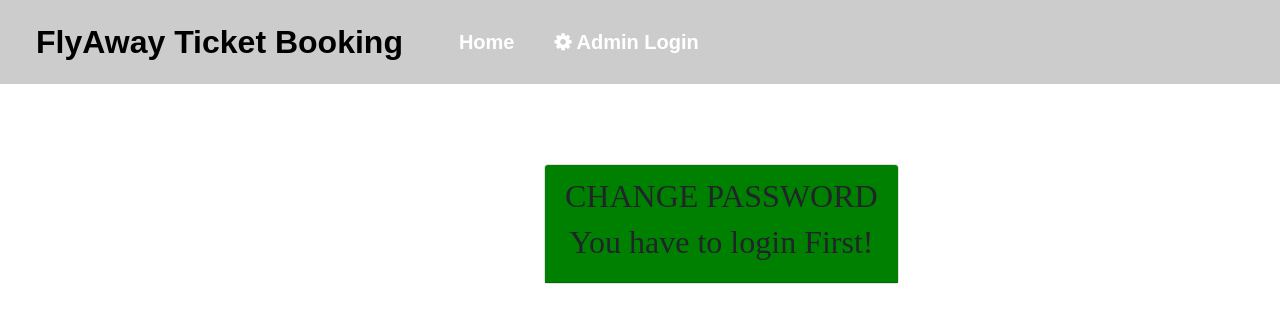
Repository: sayrabano/Phase2-project
Page: http://localhost/FlyAway/Changepassword.jsp
The author's editor kept a copy of each file at every save. The page is drawn from the files as they stood at one save, then again after the next save.
The browser window is 1280 px wide. The pictures show the whole page.
Some web fonts or font styles are not loaded; a fallback is used. The page is served by Tomcat 9.

Above is the page before, as saved 2021-09-25 20:33:48.

After the next save:
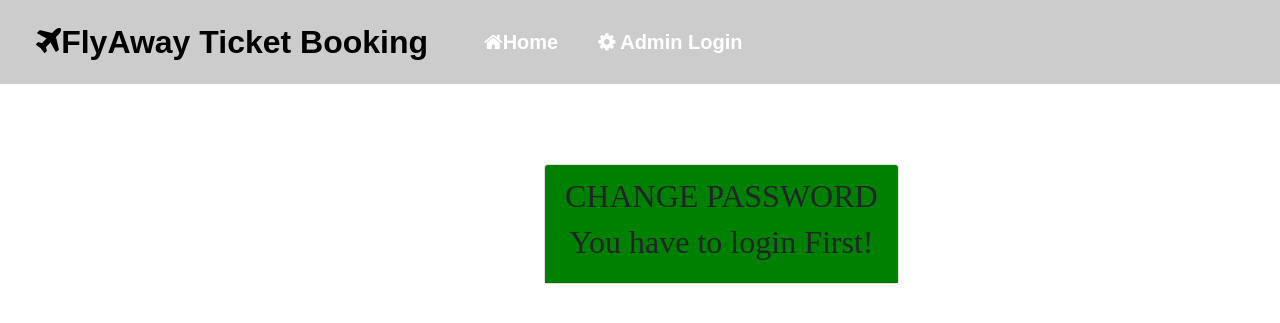
Saved 54 s later.
--- a/FlyAway/src/main/webapp/Changepassword.jsp
+++ b/FlyAway/src/main/webapp/Changepassword.jsp
@@ -81,33 +81,7 @@ font-family:'Ubuntu', sans-serif;
 </head>
 <body>
 
-	<nav class="navbar navbar-expand-lg navbar-light bg-custom" id="navbar">
-
-
-
-
-
-		<a class="navbar-brand" id="tag">FlyAway Ticket Booking</a>
-
-
-		<div class="collapse navbar-collapse" id="navbarSupportedContent">
-			<ul class="navbar-nav mr-auto">
-
-				<li class="nav-item"><a class="nav-link" href="Home.jsp">
-						Home </a></li>
-				<li class="nav-item"><a href="Login.jsp" class="nav-link"><i
-						class="fa fa-gear"></i> Admin Login</a></li>
-
-
-
-
-			</ul>
-
-
-
-		</div>
-
-	</nav>
+		<%@ include file="navbar.jsp" %>
 
 
 
